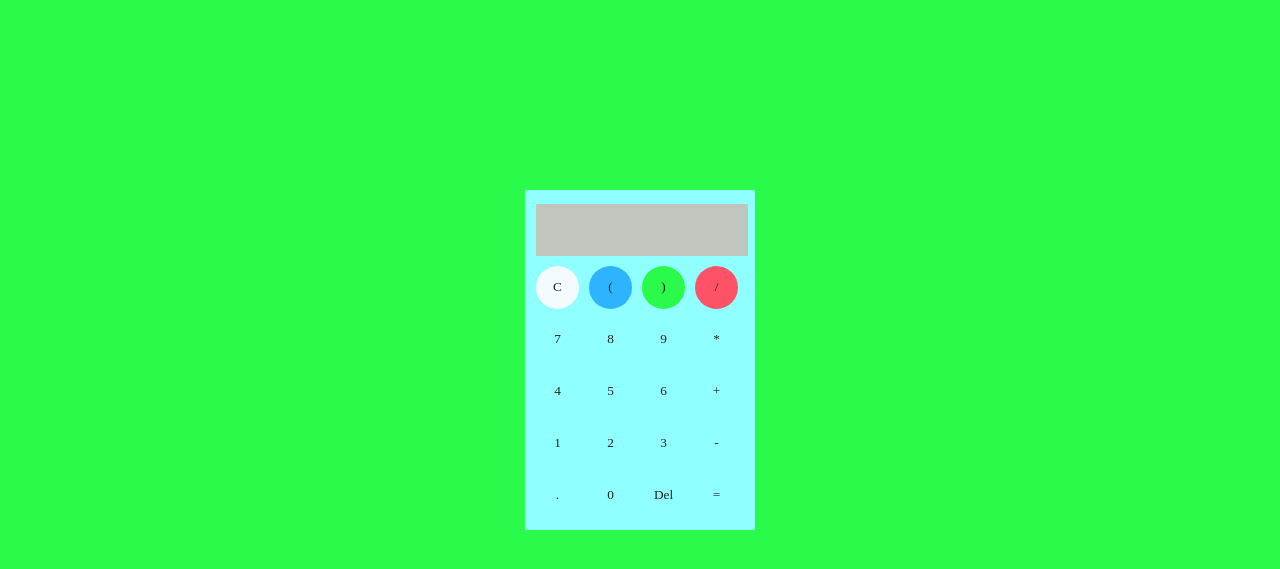
Repository: ServerK001/CalcJsVanilha
Page: index.html
The author's editor kept a copy of each file at every save. The page is drawn from the files as they stood at one save, then again after a run of saves.
The browser window is 1280 px wide. The pictures show the whole page.
The pointer rests on the first visible `.btn`.
Some web fonts or font styles are not loaded; a fallback is used.

Above is the page before, as saved 2022-02-14 21:56:48.

After the next 2 saves:
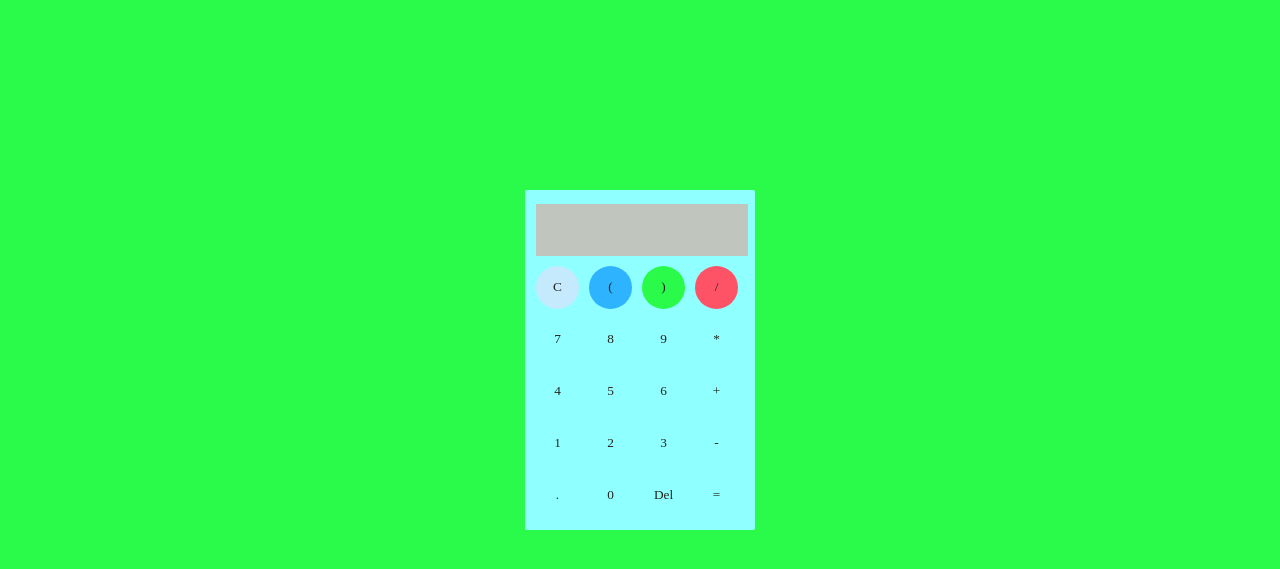
The 2 saves are shown as one change because they came seconds apart.
The last was saved 9 s later.
--- a/style.css
+++ b/style.css
@@ -47,7 +47,7 @@
     text-align: center;
     transition: 0.3s;
 }.btn:hover{
-    background-color: ;
+    background-color: var(--btnHover) ;
 }
 
 
